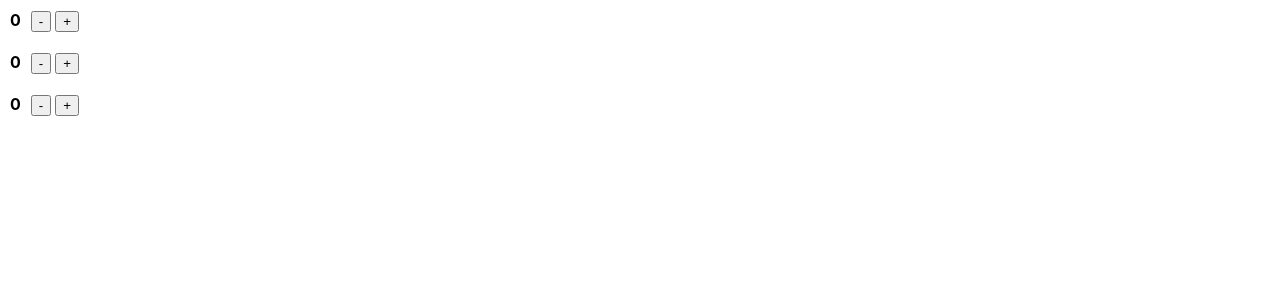
Repository: Fortune-Labs/Counter
Page: /
These files come from the project's save history. The page is drawn as it stood at one moment and after the next save; the edit follows.
The browser window is 1280 px wide. The pictures show the whole page.
The project was rebuilt for these pictures with package versions that can differ from the ones it lists, and the page was loaded fresh each time.

Above is the page before, as saved 2020-08-28 16:06:43.

### src/index.css
body {
  margin: 0;
  font-family: -apple-system, BlinkMacSystemFont, "Segoe UI", "Roboto", "Oxygen",
    "Ubuntu", "Cantarell", "Fira Sans", "Droid Sans", "Helvetica Neue",
    sans-serif;
  -webkit-font-smoothing: antialiased;
  -moz-osx-font-smoothing: grayscale;
}

code {
  font-family: source-code-pro, Menlo, Monaco, Consolas, "Courier New",
    monospace;
}

p {
  margin-bottom: 1rem;
}
.counter {
  padding: 10px;
}

.counter-controls {
  display: inline-block;
  margin-left: 10px;
}

button {
  margin-right: 4px;
}

ol.instructions {
  list-style-type: decimal;
  margin-left: 1rem;
  margin-top: 0.5rem;
}

li {
  margin-bottom: 1rem;
}

ol {
  margin-top: 0.5rem;
  margin-left: 2.5rem;
  list-style-type: decimal;
}

### src/App.js
import React, { Component } from "react";

// state data for 3 counters
const data = [
  { id: 1, value: 0 },
  { id: 2, value: 0 },
  { id: 3, value: 0 },
];

// Counter Component
// class Counter extends Component {
//   render() {
//     const { value } = this.props;
//     return (
//       <div className="counter">
//         <b>{value}</b>
//         <div className="counter-controls">
//           <button className="button is-danger is-small">-</button>
//           <button className="button is-success is-small">+</button>
//         </div>
//       </div>
//     );
//   }
// }

//my counter
class Counter extends Component {
  onIncrement = (e) => {
    this.props.onIncrement(1);
  };

  onDecrement = () => {
    this.props.onIncrement(-1);
  };

  render() {
    const { value } = this.props;
    return (
      <div className="counter">
        <b>{value}</b>
        <div className="counter-controls">
          <button
            className="button is-danger is-small"
            onClick={this.onDecrement}
          >
            -
          </button>

          <button
            className="button is-success is-small"
            onClick={this.onIncrement}
          >
            +
          </button>
        </div>
      </div>
    );
  }
}

// class App extends Component {
//   constructor(props, context) {
//     super(props, context);
//   }

//   render() {
//     return (
//       <div>
//         {data.map((counter) => (
//           <Counter key={counter.id} value={counter.value} />
//         ))}
//       </div>
//     );
//   }
// }

//my app
class App extends Component {
  constructor(props, context) {
    super(props, context);
    this.state = {
      data: [...data],
    };
  }

  onIncrement = (counter, increment) => {
    const newValue = counter.value + increment;
    this.setState({
      data: data.map((item) => {
        item.value = item.id === counter.id ? newValue : item.value;
        return item;
      }),
    });
  };

  render() {
    const { data } = this.state;
    return (
      <div>
        {data.map((counter) => (
          <Counter
            key={counter.id}
            value={counter.value}
            onIncrement={this.onIncrement.bind(this, counter)}
          />
        ))}
      </div>
    );
  }
}

export default App;

Loaded but not shown: public/index.html (common file); src/index.js (common file); src/serviceWorker.js (common file)

After the next save:
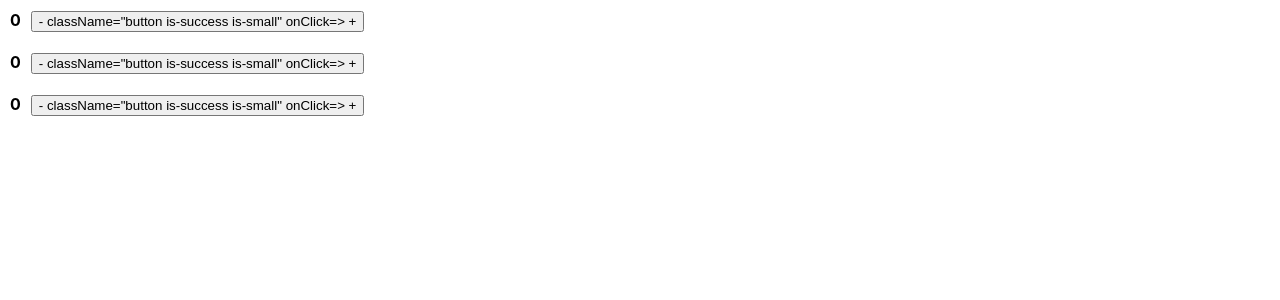
Saved 18 s later.
--- a/src/App.js
+++ b/src/App.js
@@ -43,13 +43,7 @@
             className="button is-danger is-small"
             onClick={this.onDecrement}
           >
-            -
-          </button>
-
-          <button
-            className="button is-success is-small"
-            onClick={this.onIncrement}
-          >
+            - className="button is-success is-small" onClick={this.onIncrement}>
             +
           </button>
         </div>

After the save that followed:
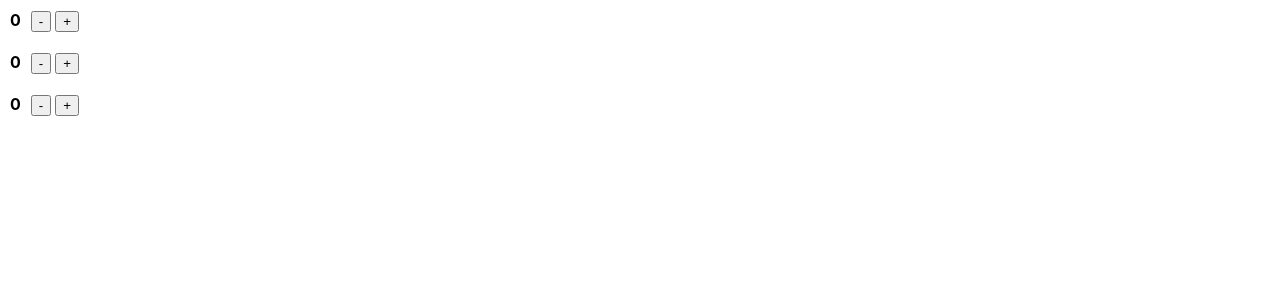
Saved 6 s later.
--- a/src/App.js
+++ b/src/App.js
@@ -43,7 +43,13 @@
             className="button is-danger is-small"
             onClick={this.onDecrement}
           >
-            - className="button is-success is-small" onClick={this.onIncrement}>
+            -
+          </button>
+
+          <button
+            className="button is-success is-small"
+            onClick={this.onIncrement}
+          >
             +
           </button>
         </div>
